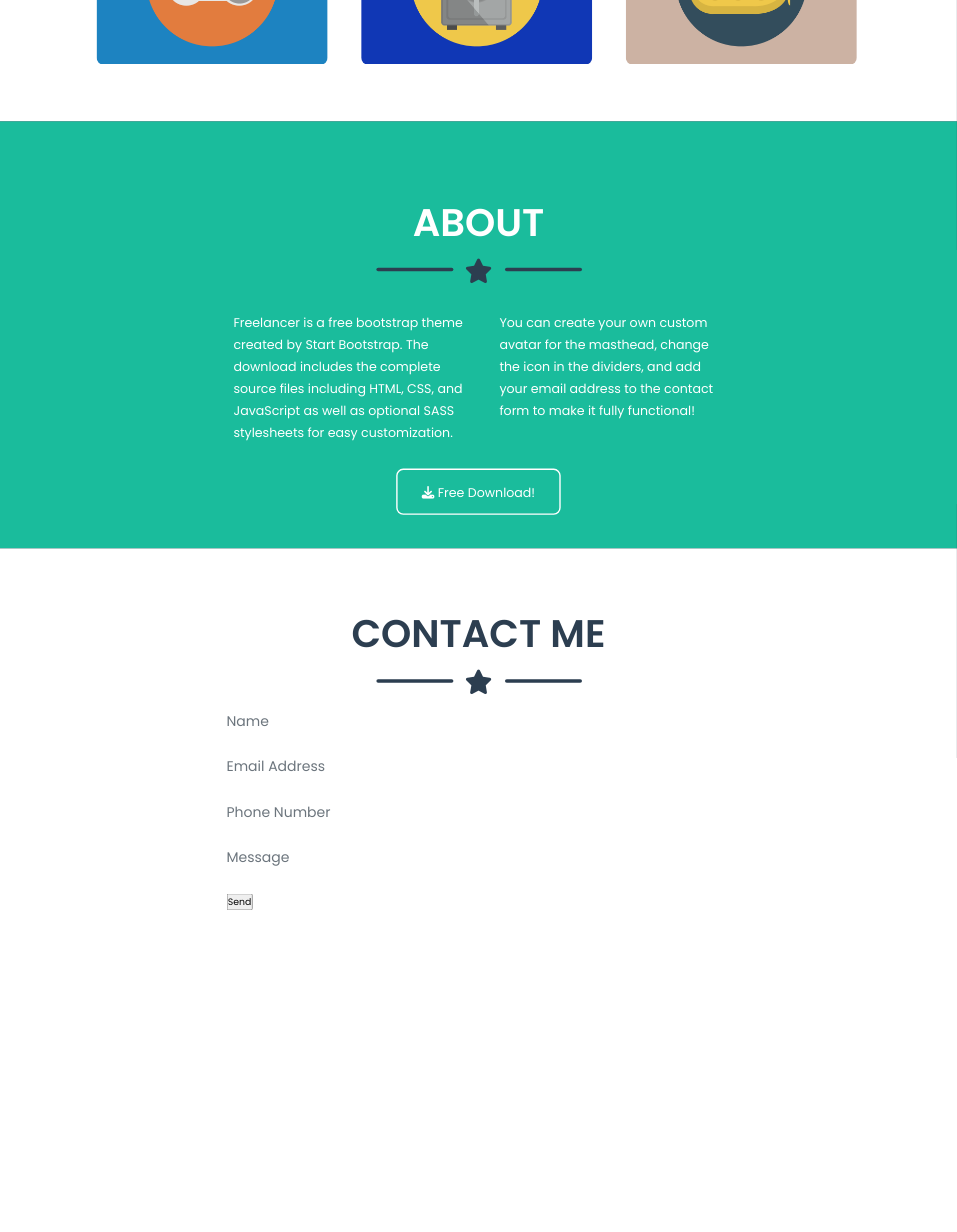
Repository: sSoRaK/web-cut-by-figma_train
Page: bai02/index.html
These files come from the project's save history. The page is drawn as it stood at one moment and after the next save; the edit follows.
The browser window is 1280 px wide. The page is 1367 px wide, so the pictures cover 1367 px, including what lies to the right of the window. The pictures show the part of the page from y = 1459 to 3219 px (the page is 3219 px tall), at 70% of full size.

Above is the page before, as saved 2023-06-02 14:30:21.

### bai02/index.html
<!DOCTYPE html>
<html lang="en">
  <head>
    <meta charset="UTF-8" />
    <meta http-equiv="X-UA-Compatible" content="IE=edge" />
    <meta name="viewport" content="width=device-width, initial-scale=1.0" />
    <title>Start Bootstrap</title>
    <link rel="stylesheet" href="./style.css" />
    <link
      href="https://fonts.googleapis.com/css2?family=Poppins:wght@100;200;300;400;500;600&display=swap"
      rel="stylesheet"
    />
    <link
      rel="stylesheet"
      href="https://cdnjs.cloudflare.com/ajax/libs/font-awesome/6.4.0/css/all.min.css"
      integrity="sha512-iecdLmaskl7CVkqkXNQ/ZH/XLlvWZOJyj7Yy7tcenmpD1ypASozpmT/E0iPtmFIB46ZmdtAc9eNBvH0H/ZpiBw=="
      crossorigin="anonymous"
      referrerpolicy="no-referrer"
    />
  </head>
  <body>
    <div class="container">
      <!-- header menu -->
      <header>
        <div class="header-logo">
          <h2>Start Bootstrap</h2>
        </div>
        <nav>
          <ul>
            <li><a href="#">PORTFOLIO</a></li>
            <li><a href="#">ABOUT</a></li>
            <li><a href="#">CONTACT</a></li>
          </ul>
        </nav>
      </header>
      <!-- header menu -->
      <!-- main -->
      <main>
        <!-- block 01 -->
        <section class="block01">
          <img
            src="./resources/avataaars.png"
            alt="avatar"
            srcset="./resources/avataaars.png 2x"
          />
          <h3>START BOOTSTRAP</h3>
          <div class="star-line">
            <i class="fa-solid fa-star"></i>
          </div>
          <p>Graphic Artist - Web Designer - Illustrator</p>
        </section>
        <!-- block 01 -->

        <!-- block 02 -->
        <section class="block02">
          <h4>PORTFOLIO</h4>
          <div class="star-line">
            <i class="fa-solid fa-star"></i>
          </div>
          <div class="img-list">
            <img
              src="./resources/cabin.png"
              alt="cabin"
              srcset="./resources/cabin.png 2x"
            />
            <img
              src="./resources/cake.png"
              alt="cake"
              srcset="./resources/cake.png"
            />
            <img
              src="./resources/circus.png"
              alt="circus"
              srcset="./resources/circus.png 2x"
            />
            <img
              src="./resources/game.png"
              alt="game"
              srcset="./resources/game.png 2x"
            />
            <img
              src="./resources/safe.png"
              alt="safe"
              srcset="./resources/safe.png 2x"
            />
            <img
              src="./resources/submarine.png"
              alt="submarine"
              srcset="./resources/submarine.png 2x"
            />
          </div>
        </section>
        <!-- block 02 -->

        <!-- block 03 -->
        <section class="block03">
          <h4>ABOUT</h4>
          <div class="star-line">
            <i class="fa-solid fa-star"></i>
          </div>
          <div iv class="content">
            <div class="left-content">
              Freelancer is a free bootstrap theme created by Start Bootstrap.
              The download includes the complete source files including HTML,
              CSS, and JavaScript as well as optional SASS stylesheets for easy
              customization.
            </div>
            <div class="right-content">
              You can create your own custom avatar for the masthead, change the
              icon in the dividers, and add your email address to the contact
              form to make it fully functional!
            </div>
          </div>
          <button><i class="fa-solid fa-download"></i> Free Download!</button>
        </section>
        <!-- block 03 -->

        <!-- block 04 -->
        <section class="block04 contact-me">
          <h4>CONTACT ME</h4>
          <div class="star-line">
            <i class="fa-solid fa-star"></i>
          </div>
          <div class="form">
            <form action="#" method="post">
              <div class="block">
                <label for="name">Name</label>
                <input type="text" name="name" id="name" />
              </div>
              <div class="block">
                <label for="email">Email Address</label>
                <input type="email" name="email" id="email" />
              </div>
              <div class="block">
                <label for="phone-number">Phone Number</label>
                <input type="number" name="phone-number" id="phone-number" />
              </div>
              <div class="block">
                <label for="message">Message</label>
                <textarea
                  name="message"
                  id="message"
                  style="resize: none"
                ></textarea>
              </div>
              <input type="submit" value="Send" class="send-btn" />
            </form>
          </div>
        </section>
        <!-- block 04 -->
      </main>
      <!-- main -->
    </div>
  </body>
</html>

### bai02/style.css
* {
  margin: 0;
  padding: 0;
  box-sizing: border-box;
  font-family: "Poppins", sans-serif;
  list-style: none;
  text-decoration: none;
}
body {
  background-color: #0e0e0e;
  height: 2400px;
}
.container {
  width: 1367px;
  background-color: #2c3e50;
  margin: 0 auto;
}
/* header menu */
header {
  height: 100px;
  color: #ffffff;
  display: flex;
  justify-content: space-between;
  align-items: center;
  margin: 0 155px 0 130px;
}
.header-logo {
  text-transform: uppercase;
  font-weight: 700;
  font-size: 20px;
  cursor: pointer;
}
nav ul {
  display: flex;
  gap: 40px;
}

ul li a {
  color: #ffffff;
  font-weight: 600;
  font-size: 18px;
}
/* header menu */
/* main */

/* block 01 */
.block01 {
  /* position: relative; */
  height: 680px;
  background-color: #1abc9c;
  color: #ffffff;
  text-align: center;
  padding: 102px 0;
}
.block01 img {
  width: 250px;
  height: 250px;
  margin-bottom: 30px;
}
.block01 h3 {
  font-size: 65px;
}
.star-line {
  margin-bottom: 20px;
}
.block01 p {
  font-size: 20px;
}
/* block 01 */
/* block 02 */
.block02 {
  height: 852px;
  background-color: #ffffff;
  color: #ffffff;
  padding: 80px 0;
}
.block02 h4,
.block03 h4,
.block04 h4 {
  text-align: center;
  color: #2c3e50;
  font-size: 55px;
  margin-bottom: 10px;
}
/* làm star line */
.star-line {
  position: relative;
  color: #2c3e50;
  text-align: center;
}
.fa-star {
  font-size: 35px;
}
.star-line::before {
  position: absolute;
  content: "";
  width: 110px;
  height: 5px;
  bottom: 50%;
  left: 50%;
  background-color: #2c3e50;
  transform: translateX(-133%);
  border-radius: 10px;
}
.star-line::after {
  position: absolute;
  content: "";
  width: 110px;
  height: 5px;
  bottom: 50%;
  right: 50%;
  background-color: #2c3e50;
  transform: translateX(134%);
  border-radius: 10px;
}
/* phần image list */
.img-list {
  display: grid;
  grid-template-rows: repeat(2, 240px);
  grid-template-columns: repeat(3, 330px);
  gap: 48px;
  margin: 32px 138px 0 138px;
}
.img-list img {
  width: 330px;
  height: 240px;
  object-fit: contain;
  border-radius: 10px;
}
/* block 02 */

/* block 03 */
.block03 {
  height: 610px;
  background-color: #1abc9c;
  text-align: center;
  padding: 102px 0;
}
.block03 h4 {
  color: #ffffff;
}
.content {
  display: flex;
  width: 700px;
  height: 180px;
  margin: 38px auto 45px auto;
  column-gap: 50px;
  color: #ffffff;
}
.left-content,
.right-content {
  font-size: 18px;
  line-height: 1.75em;
  text-align: left;
}
.left-content {
  width: 330px;
}
.right-content {
  width: 320px;
}
/* button */
.block03 button {
  width: 235px;
  height: 66px;
  background-color: transparent;
  border: 2px solid #ffffff;
  border-radius: 10px;
  color: #ffffff;
  cursor: pointer;
  font-size: 18px;
}
/* block 03 */

/* block 04 */
.block04 {
  height: 977px;
  background-color: #fff;
  padding: 80px 0;
}
.form {
  width: 720px;
  height: 610px;
  margin: 0 auto;
}
.block {
  width: 100%;
  height: 65px;
}
.block label {
  color: #6c757d;
  font-size: 20px;
}
.block input,
.block #message {
  display: block;
  width: 100%;
  border: none;
}
/* block 04 */

/* main */

After the next save:
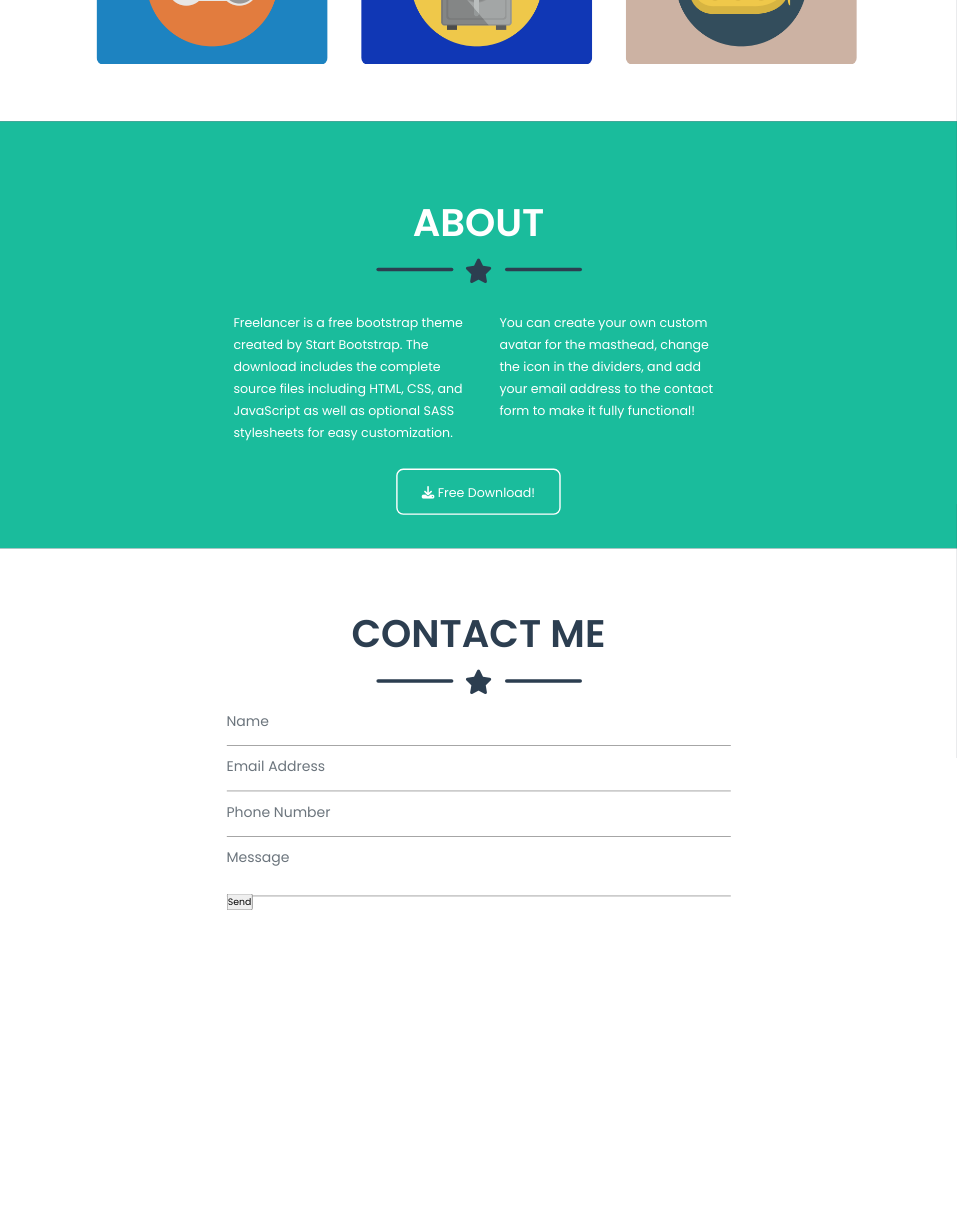
Saved 19 s later.
--- a/bai02/style.css
+++ b/bai02/style.css
@@ -196,6 +196,7 @@
   display: block;
   width: 100%;
   border: none;
+  border-bottom: 1px solid gray;
 }
 /* block 04 */
 

After the save that followed:
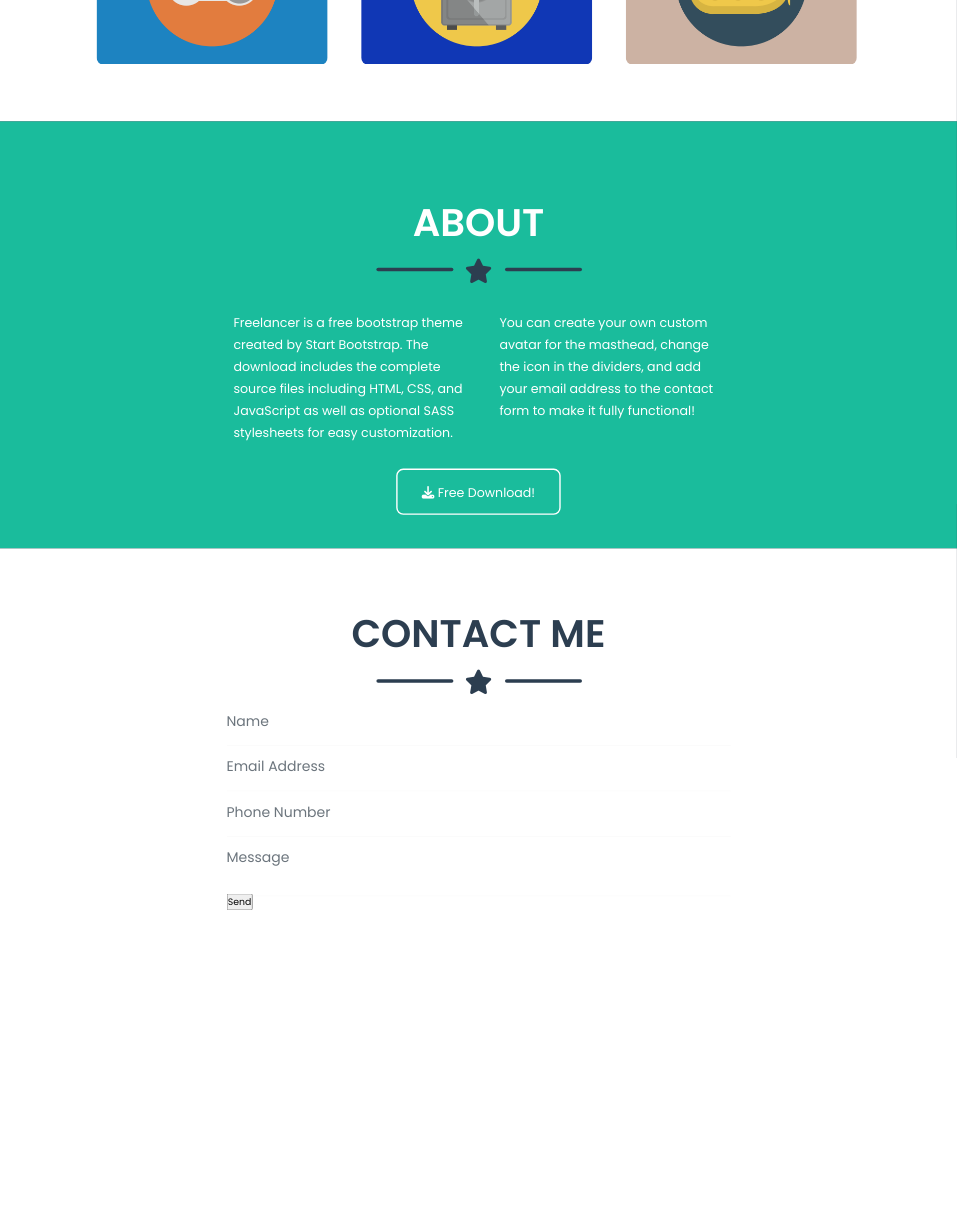
Saved 8 s later.
--- a/bai02/style.css
+++ b/bai02/style.css
@@ -196,7 +196,7 @@
   display: block;
   width: 100%;
   border: none;
-  border-bottom: 1px solid gray;
+  border-bottom: 1px solid #fafafa;
 }
 /* block 04 */
 
